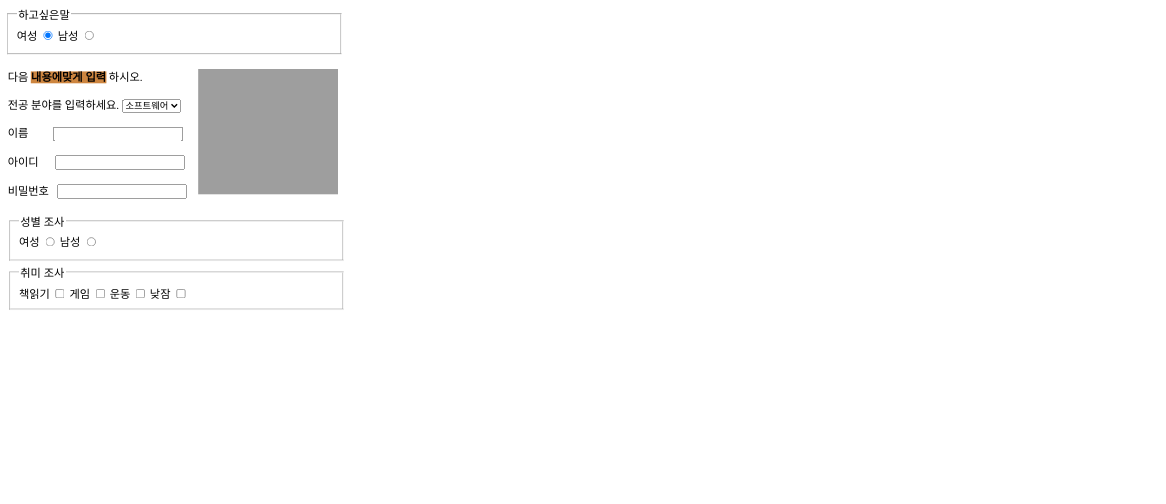
Repository: basstpgns/20201029html
Page: jsp/html/quiz03.html
The author's editor kept a copy of each file at every save. The page is drawn from the files as they stood at one save, then again after the next save.
The browser window is 1280 px wide. The page is 1280 px wide, then 1665 px, so the pictures cover 1665 px, including what lies to the right of the window. The pictures show the part of the page from y = 0 to 1480 px (the page is 720 px tall before and 3048 px after), at 70% of full size.
Pictures or frames that could not be fetched are drawn as grey boxes.

Above is the page before, as saved 2020-10-30 02:44:25.

### jsp/html/quiz03.html
<!DOCTYPE html>
<html>
<head>
<meta charset="UTF-8">
<title>Insert title here</title>
</head>
<body>
	<table >
		<tr>
			<td><p>다음
				<span style="background-color: peru;"><b>내용에맞게 입력</b></span>
				하시오.</p>
				전공 분야를 입력하세요.
				<select >
					<option>소프트웨어</option>
					<option>하드웨어</option>
					<option>백수</option>
				</select>
				<p>이름 &nbsp;&nbsp;&nbsp;&nbsp;&nbsp;&nbsp;&nbsp;&nbsp;<input type="text"></p>
				<p>아이디 &nbsp;&nbsp;&nbsp;&nbsp;&nbsp;<input type="text"></p>
				<p>비밀번호 &nbsp;&nbsp;<input type="password"></p>
			</td>
			<td>
				<img width="200px" height="180px" src="https://image.dongascience.com/Photo/2017/03/14900752352661.jpg">
			</td>
		</tr>
		<tr >
			<td colspan="2">
				<fieldset style="width: 450px; height: 50px;">
					<legend>
						성별 조사
					</legend>
					여성 <input type="radio" name="gender" checked>
					남성 <input type="radio" name="gender">
				</fieldset>
			</td>
		</tr>
		<tr>
			<td colspan="2">
				<fieldset>
					<legend>
						취미 조사
					</legend>
					책읽기 <input type="checkbox">
					게임 <input type="checkbox">
					운동 <input type="checkbox">
					낮잠 <input type="checkbox">
				</fieldset>
			</td>
		</tr>
		<tr>
			<fieldset style="width: 450px; height: 50px;">
					<legend>
						하고싶은말
					</legend>
					여성 <input type="radio" name="gender" checked>
					남성 <input type="radio" name="gender">
				</fieldset>
		</tr>
	</table>
</body>
</html>

After the next save:
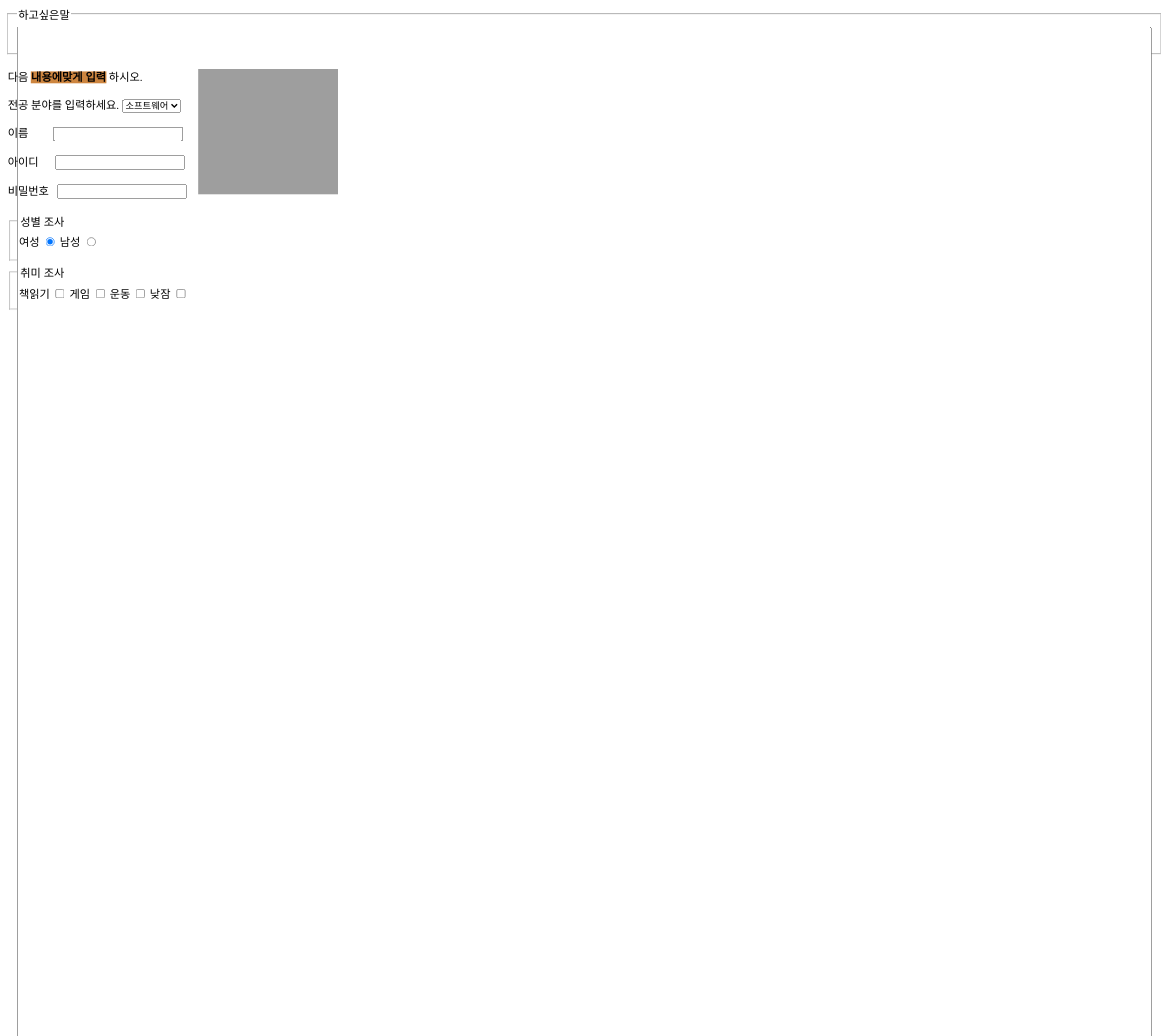
Saved 14 s later.
--- a/jsp/html/quiz03.html
+++ b/jsp/html/quiz03.html
@@ -53,8 +53,7 @@
 					<legend>
 						하고싶은말
 					</legend>
-					여성 <input type="radio" name="gender" checked>
-					남성 <input type="radio" name="gender">
+					<textarea rows="200" cols="200"></textarea>
 				</fieldset>
 		</tr>
 	</table>
